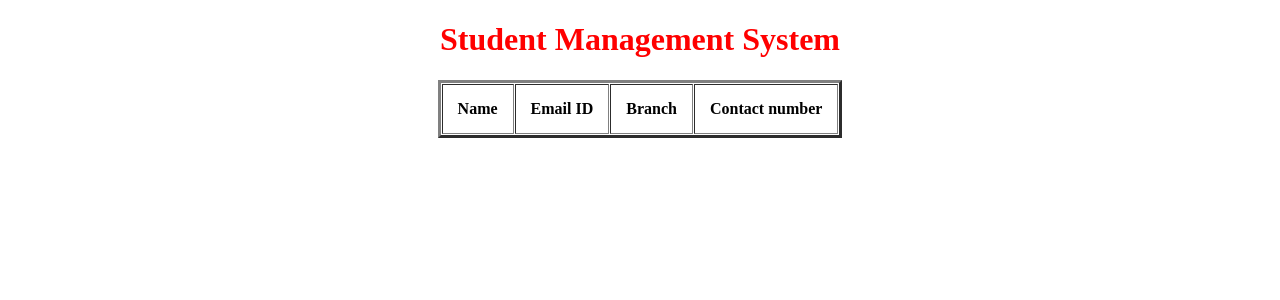
Repository: Aviligonda/Servlet_Programs
Page: http://localhost/StudentManagementSystem/viewStudent.jsp
The author's editor kept a copy of each file at every save. The page is drawn from the files as they stood at one save, then again after the next save.
The browser window is 1280 px wide. The pictures show the whole page.
The page is served by Tomcat 9. Queries for data that is not in the repository find no rows.

Above is the page before, as saved 2024-11-24 15:12:52.

After the next save:
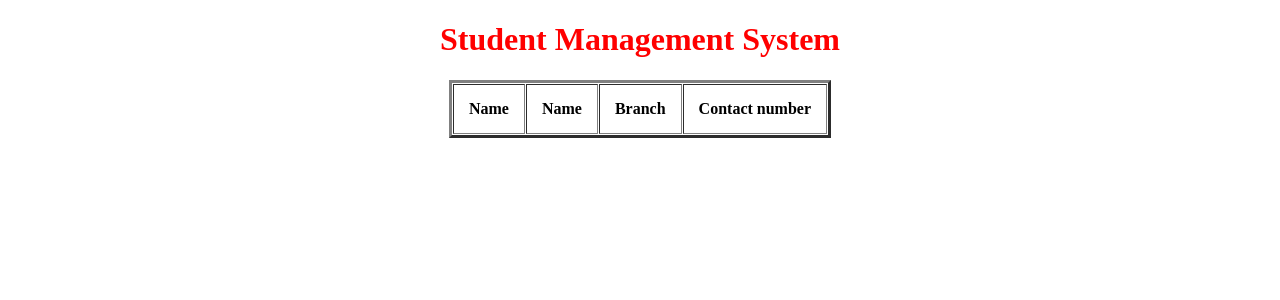
Saved 55 s later.
--- a/StudentManagementSystem/src/main/webapp/viewStudent.jsp
+++ b/StudentManagementSystem/src/main/webapp/viewStudent.jsp
@@ -18,7 +18,7 @@
 	Statement statement = connection.createStatement();
 	ResultSet resultSet = statement.executeQuery("select * from sms");
 	out.print("<table border='3' align='center' cellspacing='1' cellpadding='15'>");
-	out.print("<tr><th>Name</th><th>Email ID</th><th>Branch</th><th>Contact number</th></tr>");
+	out.print("<tr><th>Name</th><th>Name</th><th>Branch</th><th>Contact number</th></tr>");
 	while(resultSet.next()){
 		out.println("<tr><td>"+resultSet.getString(1)+"</td><td> "+resultSet.getString(2)+"</td><td> "+resultSet.getString(3)+"</td><td> "+resultSet.getString(4)+"</td></tr>");
 
